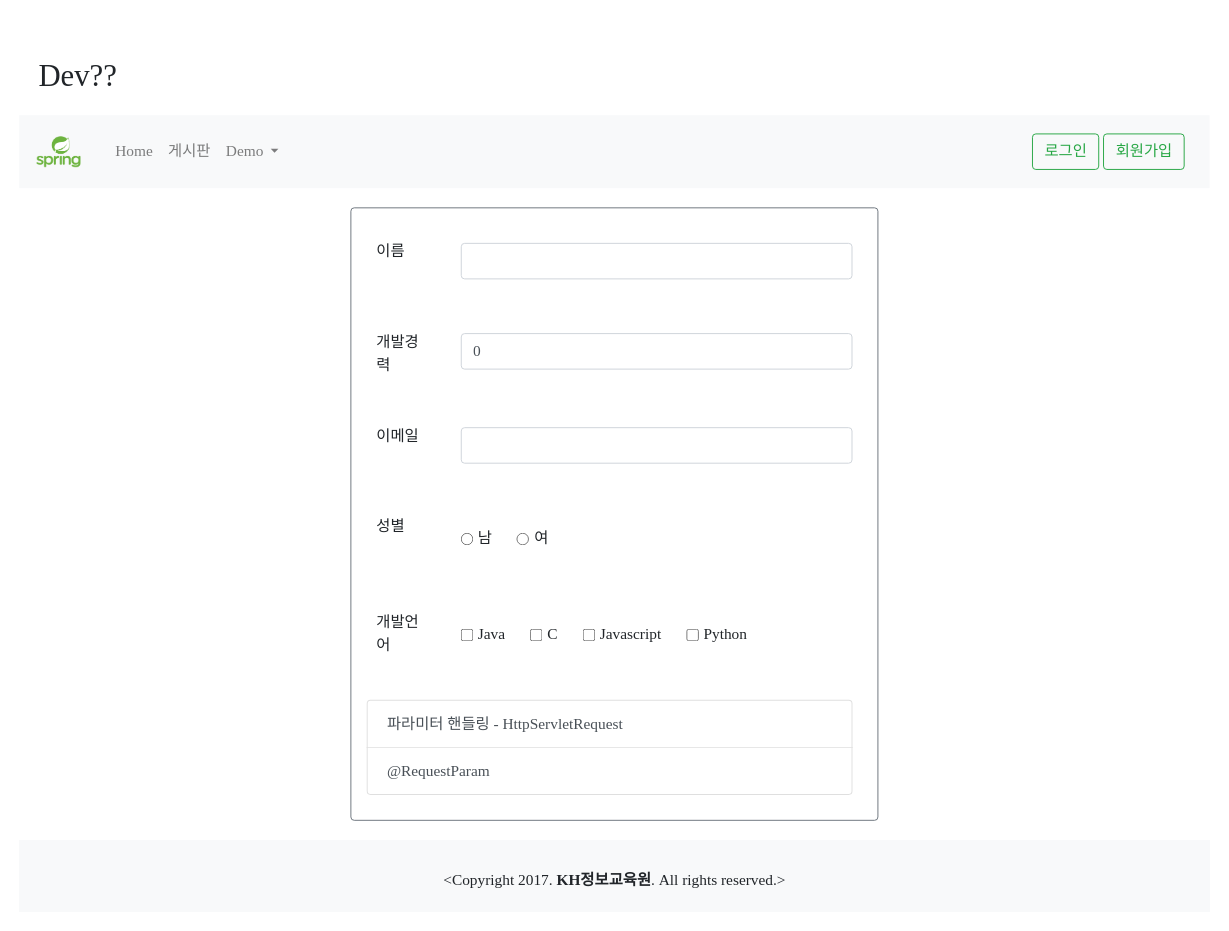
Repository: jsungl/SPRING-WORKSPACE
Page: http://localhost/hello-spring/WEB-INF/views/demo/devForm.jsp
The author's editor kept a copy of each file at every save. The page is drawn from the files as they stood at one save, then again after the next save.
The browser window is 1280 px wide. The pictures show the whole page, at 96% of full size.
The page is served by Tomcat 9. Nobody is signed in. The template is opened directly, without the code that normally fills it, so the values that code supplies are empty.

Above is the page before, as saved 2021-05-18 06:42:28.

After the next save:
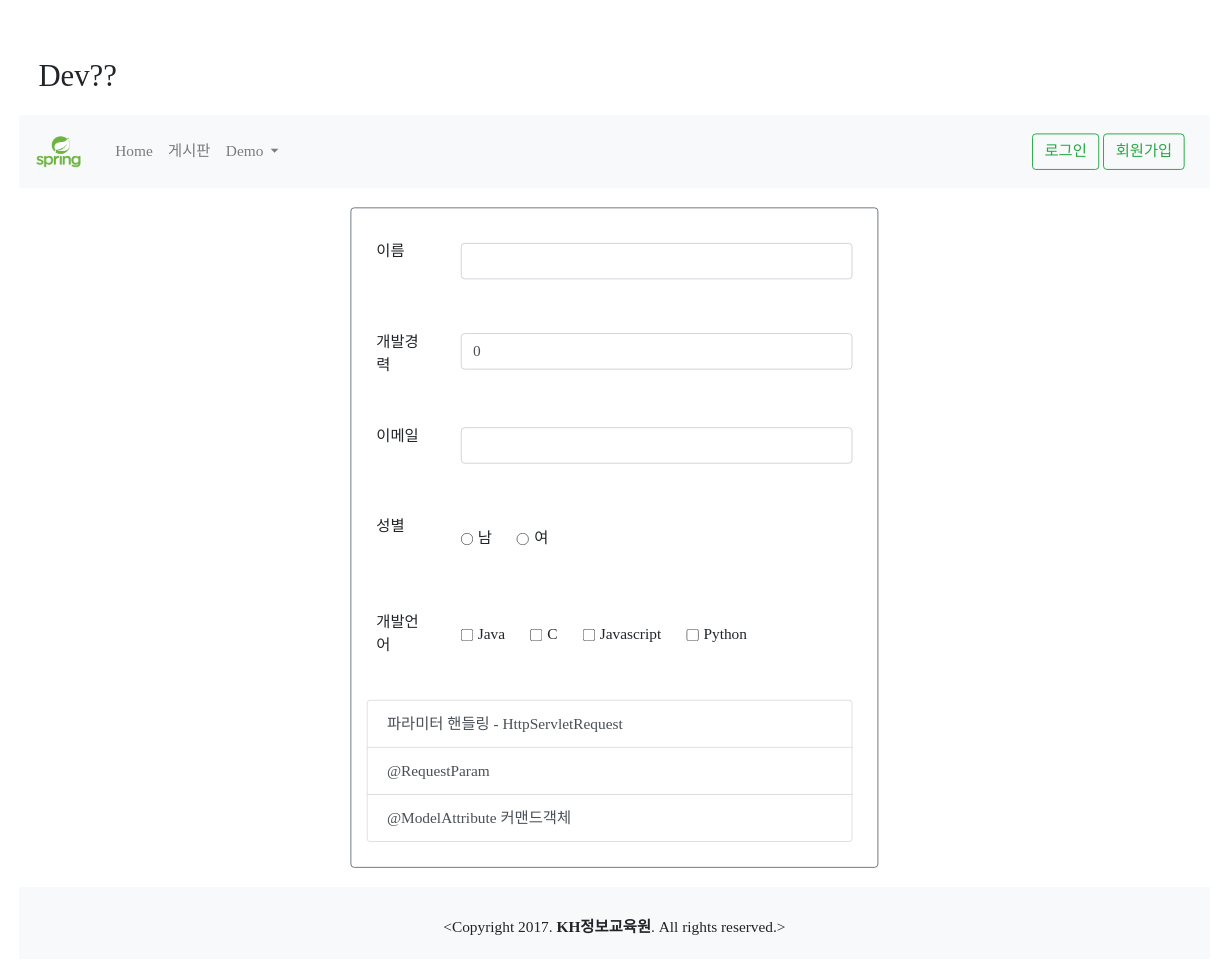
Saved 7 min 1 s later.
--- a/hello-spring/src/main/webapp/WEB-INF/views/demo/devForm.jsp
+++ b/hello-spring/src/main/webapp/WEB-INF/views/demo/devForm.jsp
@@ -74,6 +74,7 @@ div#demo-container{
 	<div class="list-group">
 	  <button type="button" onclick="submitDev('dev1');" class="list-group-item list-group-item-action">파라미터 핸들링 - HttpServletRequest</button>
 	  <button type="button" onclick="submitDev('dev2');" class="list-group-item list-group-item-action">@RequestParam</button>
+	  <button type="button" onclick="submitDev('dev3');" class="list-group-item list-group-item-action">@ModelAttribute 커맨드객체</button>
 	</div>
 </div>
 <script>
